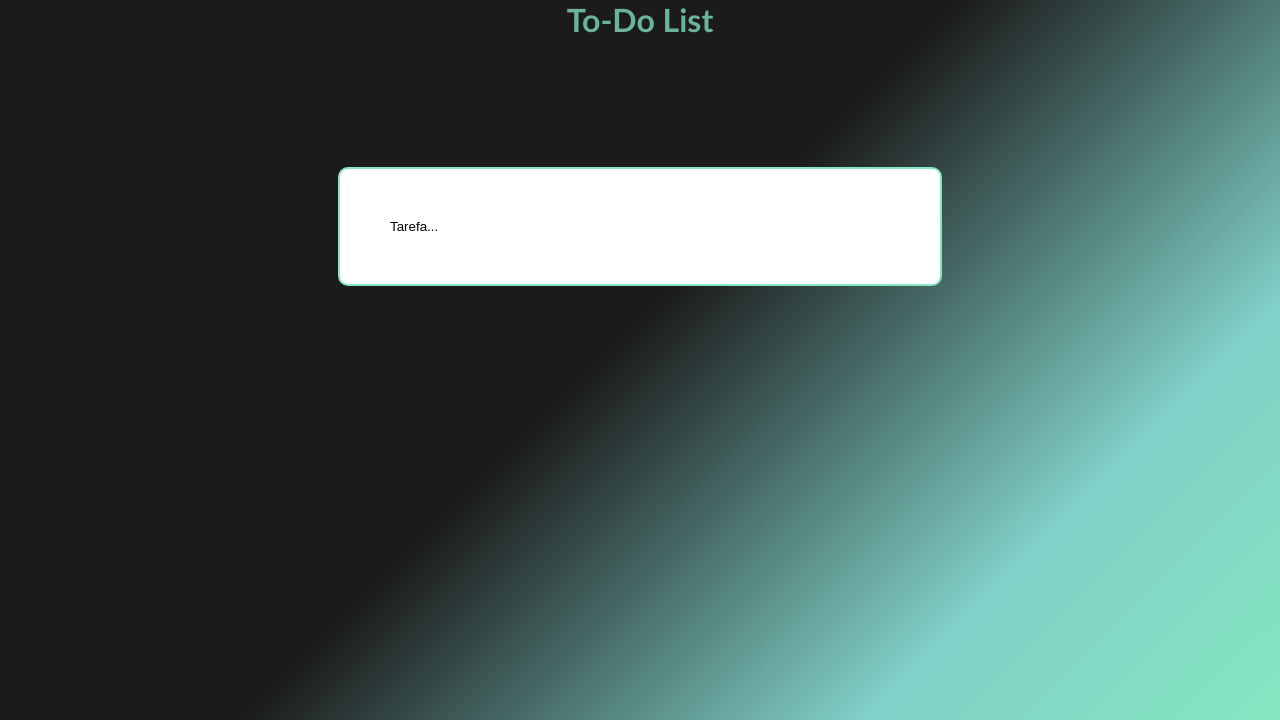
Repository: PetersonAntonyDev/python-flask-
Page: index.html
The author's editor kept a copy of each file at every save. The page is drawn from the files as they stood at one save, then again after the next save.
The browser window is 1280 px wide. The pictures show the whole page.

Above is the page before, as saved 2022-07-26 10:16:55.

After the next save:
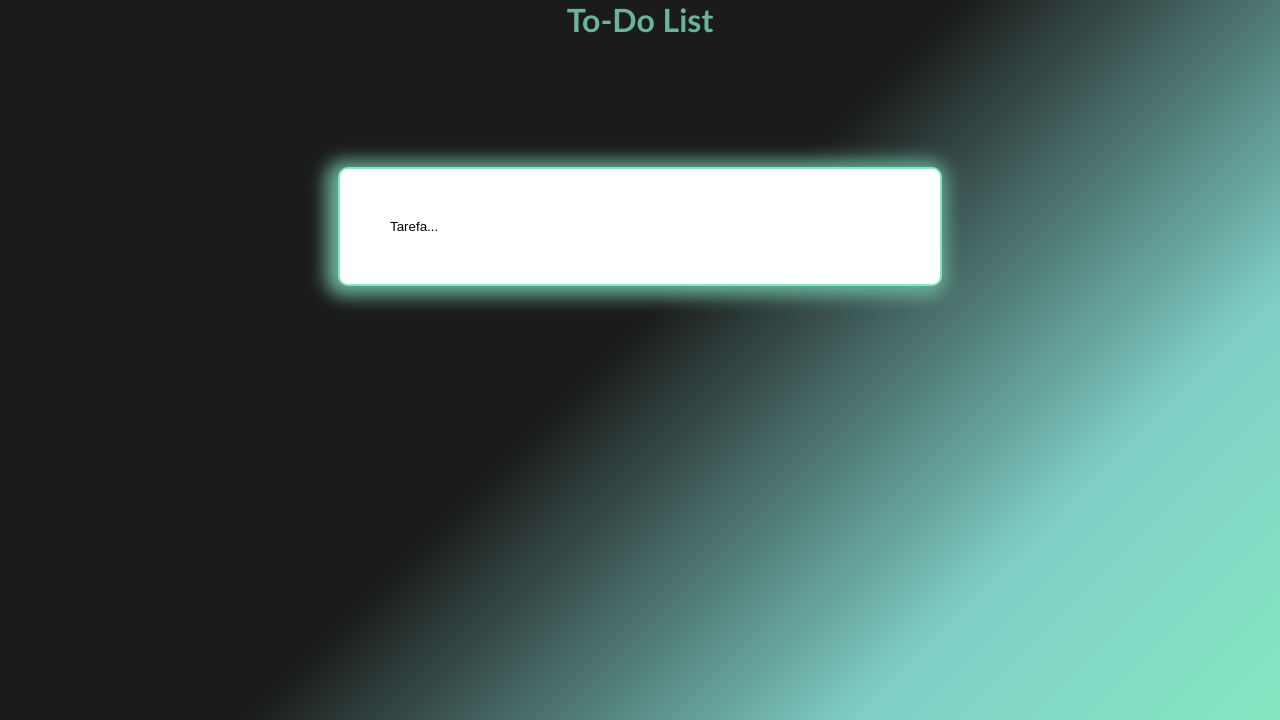
Saved 111 s later.
--- a/style.css
+++ b/style.css
@@ -3,7 +3,7 @@
     padding: 0;
 }
 
-body{
+body {
     display: flex;
     align-items: center;
     flex-direction: column;
@@ -26,4 +26,7 @@ header {
     border-radius: 10px;
     border: #85e6c0 2px solid;
     padding: 50px;
+    -webkit-box-shadow: -4px 2px 18px 8px rgba(107, 179, 155, 1);
+    -moz-box-shadow: -4px 2px 18px 8px rgba(107, 179, 155, 1);
+    box-shadow: -4px 2px 18px 8px rgba(107, 179, 155, 1);
 }
